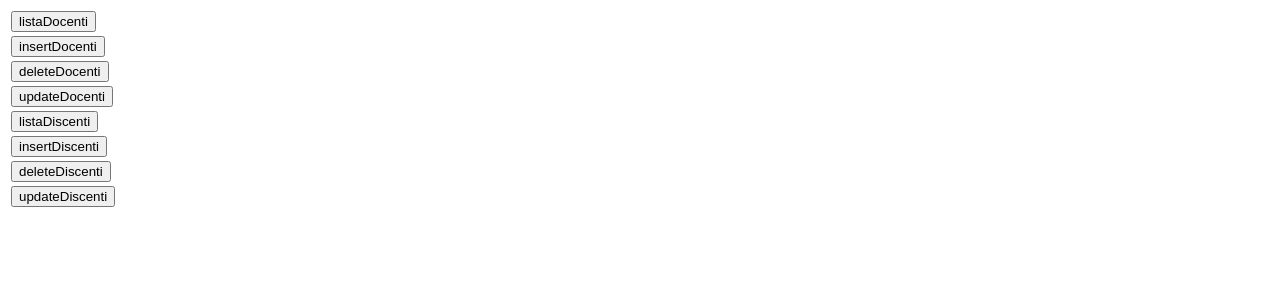
Repository: daneleprivitelli/progettoEJB
Page: http://localhost/ProjectJEE/CtrlMain
These files come from the project's save history. The page is drawn as it stood at one moment and after the next save; the edit follows.
The browser window is 1280 px wide. The pictures show the whole page.
The page is served by Tomcat 9. Other server files are loaded and not shown.

Above is the page before, as saved 2021-12-10 14:20:04.

### ProjectJEE/src/main/webapp/Main/Main.jsp
<%@ page language="java" contentType="text/html; charset=ISO-8859-1"
    pageEncoding="ISO-8859-1"%>
<!DOCTYPE html>
<html>
<head>
<meta charset="ISO-8859-1">
<title>Main menu</title>
</head>
<body>
<form method="post" action="/ProjectJEE/CtrlMain">
 <table>
 <tr>
  <td>
   <input type="submit" name="formOk" value="listaDocenti">
  </td>
 </tr>
 <tr>
  <td>
   <input type="submit" name="formOk" value="insertDocenti">
  </td>
 </tr>

 <tr>
  <td>
   <input type="submit" name="formOk" value="deleteDocenti">
  </td>
 </tr>
 <tr>
  <td>
   <input type="submit" name="formOk" value="updateDocenti">
  </td>
 </tr>
  <tr>
  <td>
   <input type="submit" name="formOk" value="listaDiscenti">
  </td>
 </tr>
  <tr>
  <td>
   <input type="submit" name="formOk" value="insertDiscenti">
  </td>
 </tr>
  <tr>
  <td>
   <input type="submit" name="formOk" value="deleteDiscenti">
  </td>
 </tr>
 <tr>
  <td>
   <input type="submit" name="formOk" value="updateDiscenti">
  </td>
 </tr>
 </table>
</form>
</body>
</html>

### ProjectJEE/src/main/java/controller/CtrlMain.java
package controller;

import java.io.IOException;

import javax.servlet.RequestDispatcher;
import javax.servlet.ServletContext;
import javax.servlet.ServletException;
import javax.servlet.annotation.WebServlet;
import javax.servlet.http.HttpServlet;
import javax.servlet.http.HttpServletRequest;
import javax.servlet.http.HttpServletResponse;

@WebServlet({ "/CtrlMain", "/ProjectJEE"})
public class CtrlMain extends HttpServlet {
	private static final long serialVersionUID = 1L;

    public CtrlMain() {
        super();
    }

	protected void doGet(HttpServletRequest request, HttpServletResponse response) throws ServletException, IOException {
		visualizzaMenu(request, response);
	}

	private void visualizzaMenu(HttpServletRequest request, HttpServletResponse response) throws ServletException, IOException {
		ServletContext oContesto = getServletContext();
		RequestDispatcher oDispatcher = oContesto.getRequestDispatcher("/Main/Main.jsp");
		oDispatcher.forward(request, response);
	}

	protected void doPost(HttpServletRequest req, HttpServletResponse resp) throws ServletException, IOException {
		String controller = "";
		String valoreScelto = req.getParameter("formOk");
		if(valoreScelto != null)
		{
			String scelta = valoreScelto;
			switch(scelta) {
			case "ListaDocenti":
				controller = "/CtrlDocente";
				break;
//			case "insertDocente":
//				controller = "/CtrlDocente";
//				break;
//			case "deleteDocente":
//				controller = "/CtrlDocente";
//				break;
			case "updateDocente":
				controller = "/CtrlDocente";
				break;
//			case "ListaDiscenti":
//				controller = "/CtrlDiscente";
//				break;
//			case "insertDiscente":
//				controller = "/CtrlDiscente";
//				break;
//			case "deleteDiscente":
//				controller = "/CtrlDiscente";
//				break;
//			case "updateDiscente":
//				controller = "/CtrlDiscente";
//				break;
			default:
				visualizzaMenu(req, resp);
				break;
			}
			getServletContext().getRequestDispatcher(controller).forward(req, resp);
		}
		else {
			visualizzaMenu(req, resp);
		}
	}
}

After the next save:
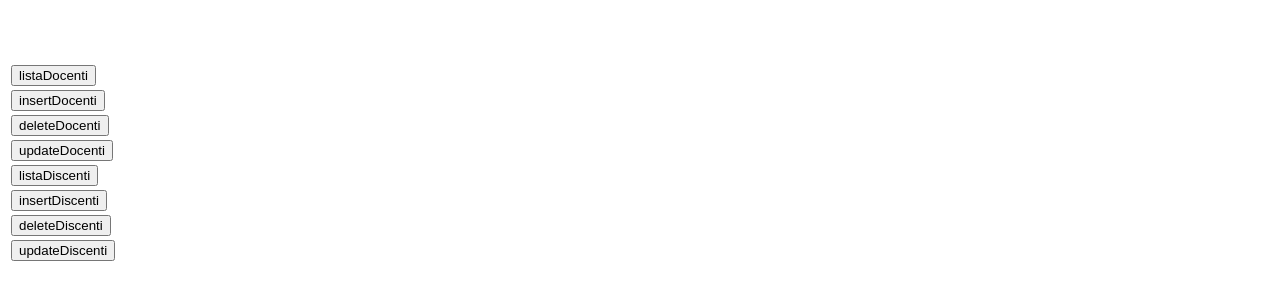
Saved 61 s later.
--- a/ProjectJEE/src/main/webapp/Main/Main.jsp
+++ b/ProjectJEE/src/main/webapp/Main/Main.jsp
@@ -19,7 +19,9 @@
    <input type="submit" name="formOk" value="insertDocenti">
   </td>
  </tr>
-
+ <br>
+ <br>
+ <br>
  <tr>
   <td>
    <input type="submit" name="formOk" value="deleteDocenti">
